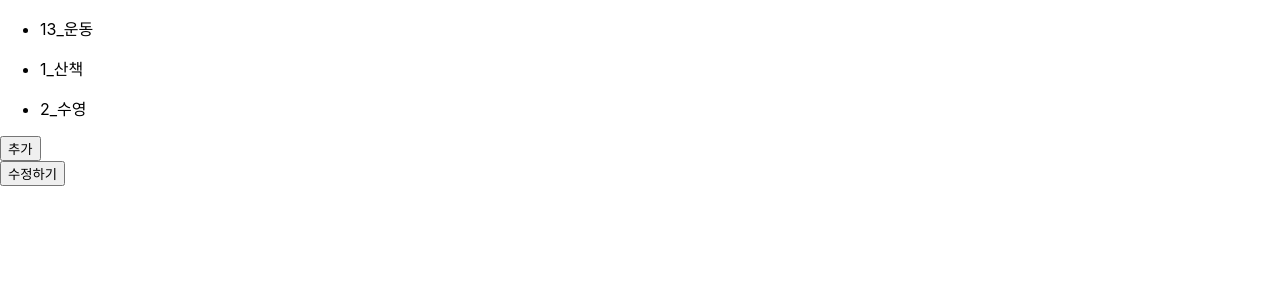
Repository: 0gunkim/REACT-TODO-PRAC
Page: / (app in todo/)
These files come from the project's save history. The page is drawn as it stood at one moment and after the next save; the edit follows.
The browser window is 1280 px wide. The pictures show the whole page.
The project was rebuilt for these pictures with package versions that can differ from the ones it lists, and the page was loaded fresh each time.

Above is the page before, as saved 2023-01-04 15:03:13.

### todo/src/App.js
import TodoList from "./pages/TodoList";


function App() {
  return (
    <div className="App">
   <TodoList></TodoList>
    </div>
  );
}

export default App;

### todo/src/pages/TodoList.jsx
import React from 'react';
import { useState } from 'react';
import { initialTodo } from '../util/initialTodo';
import { AddButton } from '../components/AddButton';
import { EditButton } from '../components/EditButton';

export default function TodoList() {
    const [todo, setTodo] = useState(initialTodo)
    console.log(todo)
    return (
        <div>
            {todo.map((list)=>{
                return(
                <div key={list.id}>
                    <ul>
                        <li>{list.time}_{list.title}</li>
                    </ul>
                </div>

                )})}
                <AddButton todo={todo}  setTodo={setTodo} />
                <EditButton todo={todo}  setTodo={setTodo} />
        </div>
    );
}

### todo/src/util/initialTodo.js
export const initialTodo = [
{
    id: 1,
    title: '운동',
    time: '13',
},
{
    id: 2,
    title: '산책',
    time: '1',
},
{
    id: 3,
    title: '수영',
    time: '2',
},
]

### todo/src/components/AddButton.jsx
import React from 'react';
import { nanoid } from 'nanoid'

export const AddButton = (props) => {
    const id = nanoid()
    const {todo, setTodo} = props;
    console.log(todo)
    const addHandlerButton = () => {
        const ff = prompt(`오늘의 할일은?`);
        const time = prompt(`몇시`);
        setTodo(() => (
            [...todo, {title: ff, time ,id}]
        ))
    };
    return(
        <div>
        <button onClick={addHandlerButton}>추가</button>
        </div>
    );
};

### todo/src/components/EditButton.jsx
import React from 'react';

export const EditButton = (props) => {
    const editHandlerButton = () => {
        const {todo, setTodo} = props;
        const editId = prompt(`수정하고싶은 번호 입력`);
        const current = prompt(`수정하고싶은 일을 적어주세요`);
        setTodo(todo => (todo.map((i) => {
            console.log(i)
            if(i.id === editId){
                return [...i, {title: current}]
            }
        })))
    };
    return(
        <div>
            <button onClick={editHandlerButton}>수정하기</button>
        </div>
    );
};

Loaded but not shown: todo/public/index.html (common file); todo/src/index.js (common file); todo/src/index.css (common file); todo/src/reportWebVitals.js (common file)

After the next save:
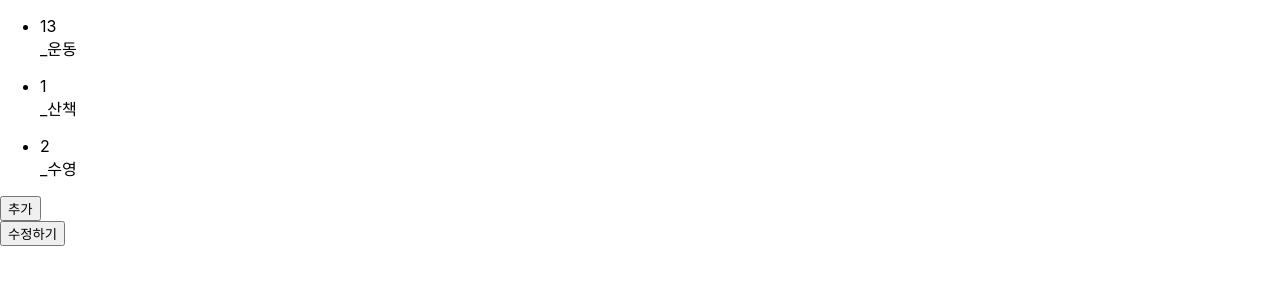
Saved 117 s later.
--- a/todo/src/pages/TodoList.jsx
+++ b/todo/src/pages/TodoList.jsx
@@ -3,7 +3,7 @@ import { useState } from 'react';
 import { initialTodo } from '../util/initialTodo';
 import { AddButton } from '../components/AddButton';
 import { EditButton } from '../components/EditButton';
-
+import styled from 'styled-components'
 export default function TodoList() {
     const [todo, setTodo] = useState(initialTodo)
     console.log(todo)
@@ -13,7 +13,7 @@ export default function TodoList() {
                 return(
                 <div key={list.id}>
                     <ul>
-                        <li>{list.time}_{list.title}</li>
+                        <li><STTime>{list.time}</STTime>_{list.title}</li>
                     </ul>
                 </div>
 
@@ -23,3 +23,4 @@ export default function TodoList() {
         </div>
     );
 }
+const STTime = styled.div``
